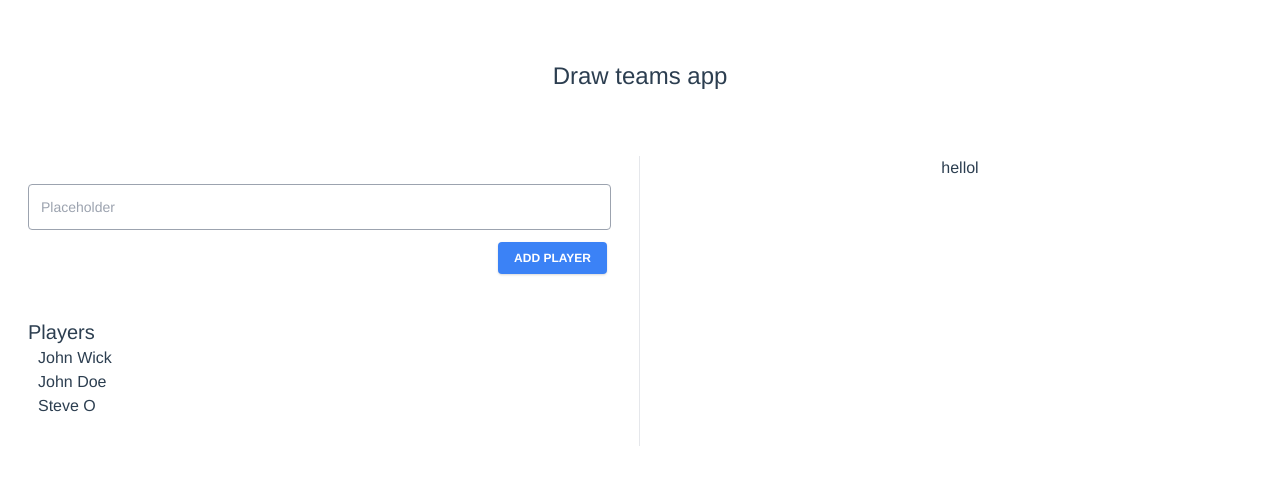
Repository: AlekJanevski/draw-teams-app
Page: /
These files come from the project's save history. The page is drawn as it stood at one moment and after the next save; the edit follows.
The browser window is 1280 px wide. The pictures show the whole page.
The project was rebuilt for these pictures with package versions that can differ from the ones it lists, and the page was loaded fresh each time.

Above is the page before, as saved 2021-03-18 21:21:45.

### src/components/HelloWorld.vue
<template>
  <div>
    <h1 class="mb-16 text-2xl">Draw teams app</h1>

    <!-- Add user wrapper starts -->
    <div class="float-left w-1/2 h-full mb-3 border-r p-7">
      <form name="add-user" method="post" @submit.prevent="addUser">
        <!-- Add user input starts -->
        <input
          v-model="userInput"
          type="text"
          placeholder="Placeholder"
          class="relative w-full px-3 py-3 text-sm text-gray-700 placeholder-gray-400 bg-white border border-gray-400 rounded outline-none focus:outline-none focus:shadow-outline"
        />
        <!-- Add user input ends -->

        <!-- Add user button starts -->
        <button class="float-right px-4 py-2 mt-3 mb-1 mr-1 text-xs font-bold text-white uppercase bg-blue-500 rounded shadow outline-none active:bg-blue-600 hover:shadow-md focus:outline-none" type="submit" style="transition: all .15s ease">
          Add player
        </button>
        <!-- Add button ends -->
      </form>

      <div v-if="users.length" class="flex flex-col items-start justify-start w-full">
        <h3 class="block text-xl">Players</h3>
        <ul class="flex flex-col items-start justify-start">
          <li v-for="(user, id) in users" :key="id" class="m-0">
            {{ user.name }}
          </li>
        </ul>
      </div>
    </div>
    <!-- Add user wrapper ends -->


    <div class="float-left w-1/2">
      hellol
    </div>

  </div>
</template>

<script>
export default {
  name: 'HelloWorld',

  data() {
    return {
      users: [
        { id: 1, name: 'John Wick' },
        { id: 2, name: 'John Doe' },
        { id: 3, name: 'Steve O' }
      ],
      userInput: '',
      drawTeam: false
    }
  },

  methods: {
    addUser() {
        this.users.push({
          id:this.users.length+1,
          name: this.userInput
      });

      this.userInput = '';
    }
  }
}
</script>

<!-- Add "scoped" attribute to limit CSS to this component only -->
<style scoped>
h3 {
  margin: 40px 0 0;
}
ul {
  list-style-type: none;
  padding: 0;
}
li {
  display: inline-block;
  margin: 0 10px;
}
a {
  color: #42b983;
}
</style>

Loaded but not shown: public/index.html (common file); src/main.js (common file); src/App.vue (common file); src/index.css (common file); tailwind.config.js (common file)

After the next save:
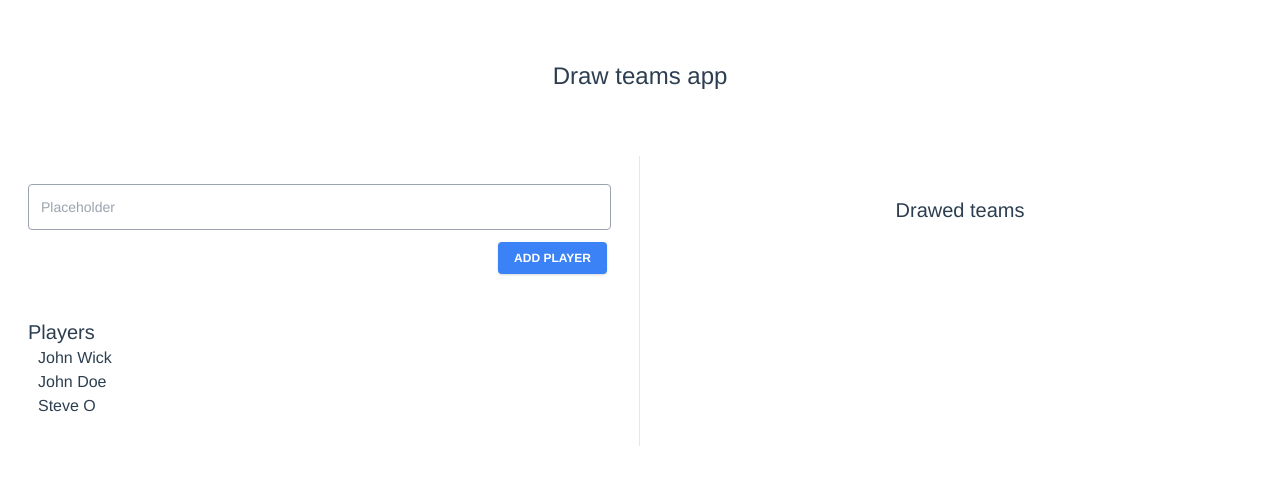
Saved 17 s later.
--- a/src/components/HelloWorld.vue
+++ b/src/components/HelloWorld.vue
@@ -34,7 +34,7 @@
 
 
     <div class="float-left w-1/2">
-      hellol
+        <h3 class="block text-xl">Drawed teams</h3>
     </div>
 
   </div>
